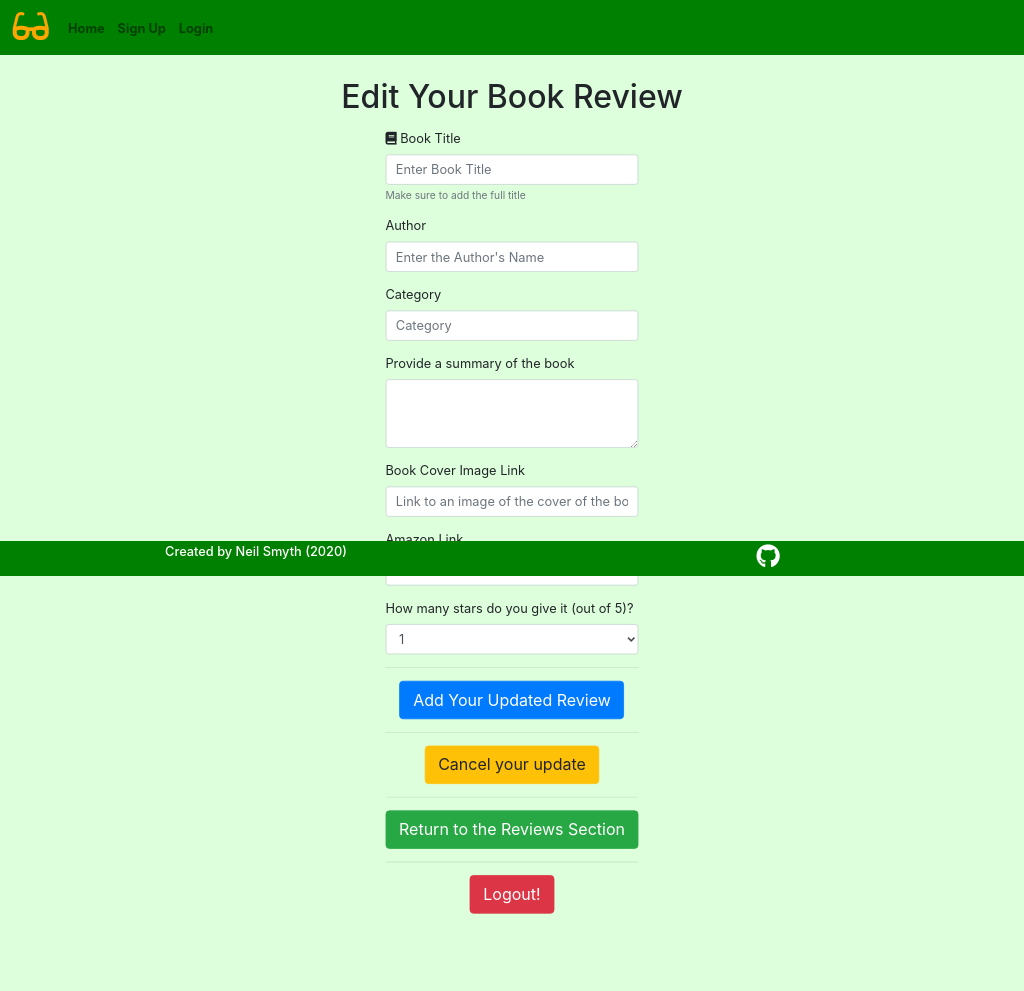
Repository: NeiloErnesto89/Data_Centric_Dev_Milestone_Project3
Page: templates/adapt_review.html
The author's editor kept a record of every edit. The page is drawn from the files as they stood at one moment, then again after the next edit.
The browser window is 1280 px wide. The pictures show the whole page, at 80% of full size.
Some web libraries are served in a nearby version. The template is drawn by Flask 3. The application's start-up code is not run. Other server files are loaded and not shown. The template is opened directly, without the code that normally fills it, so the values that code supplies are empty.

Above is the page before.

### templates/adapt_review.html
<!DOCTYPE html>
<html>

<head>
</head>

<body>
    {% extends 'base.html' %} {% block content %}
    <div class="container-fluid">
        <div class="row justify-content-center">

            <div class="col-md-12 text-center">
                <h1 class="add_header mt-3 mb-3">Edit Your Book Review</h1>
            </div>

            <form action="{{ url_for('edit_review', book_id=book._id) }}" method="POST">

                <div class="form-group">
                    <i class="fas fa-book"></i>
                    <label for="inputBookTitle">Book Title</label>
                    <input id="book_title" name="book_title" type="text" value="{{ book.book_title }}" class="form-control" aria-describedby="bookTitle" placeholder="Enter Book Title">
                    <small id="emailHelp" class="form-text text-muted">Make sure to add the full title </small>
                </div>

                <div class="form-group">
                    <label for="inputAuthor">Author</label>
                    <input id="book_author" name="book_author" value="{{ book.book_author }}" type="text" class="form-control" aria-describedby="bookTitle" placeholder="Enter the Author's Name">
                </div>

                <div class="form-group">
                    <label for="InputCategory">Category</label>
                    <input id="category_name" name="category_name" value="{{ book.category_name }}" type="text" class="form-control" placeholder="Category">
                </div>

                <div class="form-group">
                    <label for="Textarea">Provide a summary of the book</label>
                    <textarea id="summary" name="summary" class="form-control" rows="3">{{book.summary}}</textarea>
                </div>

                <div class="form-group">
                    <label for="pic">Book Cover Image Link</label>
                    <input id="pic" name="pic"  type="text" class="form-control" placeholder="Link to an image of the cover of the book">
                </div>

                <div class="form-group">
                    <label for="amazon">Amazon Link</label>
                    <input id="amazon" name="amazon" type="text" class="form-control" placeholder="Link to book on amazon">
                </div>

                <div class="form-group">
                    <label for="exampleFormControlSelect2">How many stars do you give it (out of 5)?</label>
                    <select  class="form-control" id="stars" value="{{ book.stars }}" name="stars">
                      <option>1</option>
                      <option>2</option>
                      <option>3</option>
                      <option>4</option>
                      <option>5</option>
                    </select>
                </div>


                <hr>


                <div class="text-center">
                    <button type="submit" class="btn btn-primary btn-lg">Add Your Updated Review</button>
                </div>

                <hr>
                <div class="text-center">
                    <a class="btn btn-warning btn-lg" href="{{ url_for('all_reviews') }}" role="button">Cancel your update </a>
                </div>
                <hr>
                <div class="text-center">
                    <a class="btn btn-success btn-lg" href="{{ url_for('all_reviews') }}" role="button">Return to the Reviews Section </a>
                </div>
                <hr>
                <div class="text-center">
                    <a class="btn btn-danger btn-lg mb-3" href="{{ url_for('logout') }}" role="button">Logout! </a>
                </div>

            </form>

        </div>
    </div>
    {% endblock %}
</body>

</html>

### templates/base.html
<!DOCTYPE html>
<html lang="en">

<head>
    <meta charset="UTF-8">
    <meta name="viewport" content="width=device-width, initial-scale=1.0">
    <meta http-equiv="X-UA-Compatible" content="ie=edge">

    <title>Book Reviews</title>

    <!-- Bootstrap -->
    <link rel="stylesheet" href="https://stackpath.bootstrapcdn.com/bootstrap/4.3.1/css/bootstrap.min.css" integrity="sha384-ggOyR0iXCbMQv3Xipma34MD+dH/1fQ784/j6cY/iJTQUOhcWr7x9JvoRxT2MZw1T" crossorigin="anonymous">

    <!-- Google Font-->

    <link href="https://fonts.googleapis.com/css?family=Montserrat:400,700" rel="stylesheet">

    <!-- Font Awesome-->

    <link rel="stylesheet" href="https://use.fontawesome.com/releases/v5.7.2/css/all.css" integrity="sha384-fnmOCqbTlWIlj8LyTjo7mOUStjsKC4pOpQbqyi7RrhN7udi9RwhKkMHpvLbHG9Sr" crossorigin="anonymous">

    <link rel="stylesheet" href="https://cdnjs.cloudflare.com/ajax/libs/font-awesome/4.7.0/css/font-awesome.min.css">

    <!-- CSS -->

    <link rel="stylesheet" href="{{url_for('static', filename='css/style.css')}}" type="text/css" />


</head>

<body>

<div class="cover-container d-flex mx-auto flex-column">

            <!--NavBar with Burger Icon-->
        {% block navbar %}
        <header class="nav-container">
            <nav class="navbar navbar-expand-lg navbar-light mb-1 text-center fixed-top">
                <a class="navbar-brand" href="{{ url_for('index') }}" data-target="#modalPopUp" data-toggle="modal"><i class="fas fa-glasses" style="font-size:40px;color:orange;"></i></a>
                <button class="navbar-toggler" type="button" data-toggle="collapse" data-target="#navbarTogglerDemo02" aria-controls="navbarTogglerDemo02" aria-expanded="false" aria-label="Toggle navigation">
                                <span class="navbar-toggler-icon"></span>
                              </button>
                <div class="collapse navbar-collapse" id="navbarTogglerDemo02">
                    <ul class="navbar-nav mr-auto mt-0 mt-lg-0">


                        <li class="nav-item">
                            <a class="nav-link" href="{{ url_for('index') }}"><b>Home</b></a>
                        </li>
                        <li class="nav-item">
                            <a class="nav-link" href="{{ url_for('signup') }}"><b>Sign Up</b></a>
                        </li>
                        <li class="nav-item">
                            <a class="nav-link" href="{{ url_for('login') }}"><b>Login</b></a>
                        </li>

                    </ul>
                </div>
            </nav>
        </header>
        {% endblock navbar %}

        <div class="container-fluid">
				<div class="row justify-content-around">
					<div id="messages">
						{% with messages = get_flashed_messages() %}
						{% if messages %}
						{% for message in messages %}
						<p class="text-center">{{ message }}</p>
						{% endfor %}
						{% endif %}
						{% endwith %}
					</div>
				</div>
			</div>

        <hr>

    <div class="container mt-5 mb-5">
            {% block content %}
            {% endblock %}
    </div>

    <hr>

        <!--FOOTER -->

        <div class="footer container-fluid">
            <div class="row justify-content-center">
                <div class="text-center col-xs-12 col-sm-6 mt-1 mb-2">

                    <h6>Created by Neil Smyth (2020)</h6>

                </div>
                <div class="text-center col-xs-12 col-sm-6 mt-1 mb-2">

                    <a href="https://github.com/NeiloErnesto89" target="_blank "><i class="fab fa-github" style="font-size:30px; color:white; "></i></a>

                </div>
            </div>
        </div> <!-- footer container-->

</div>    <!--Cover Container -->

    <!-- JQuery -->
    <script src="https://cdnjs.cloudflare.com/ajax/libs/jquery/3.2.1/jquery.min.js"></script>

    <!-- Bootstrap JS-->

    <script src="https://code.jquery.com/jquery-3.3.1.slim.min.js" integrity="sha384-q8i/X+965DzO0rT7abK41JStQIAqVgRVzpbzo5smXKp4YfRvH+8abtTE1Pi6jizo" crossorigin="anonymous"></script>
    <script src="https://cdnjs.cloudflare.com/ajax/libs/popper.js/1.14.7/umd/popper.min.js" integrity="sha384-UO2eT0CpHqdSJQ6hJty5KVphtPhzWj9WO1clHTMGa3JDZwrnQq4sF86dIHNDz0W1" crossorigin="anonymous"></script>
    <script src="https://stackpath.bootstrapcdn.com/bootstrap/4.3.1/js/bootstrap.min.js" integrity="sha384-JjSmVgyd0p3pXB1rRibZUAYoIIy6OrQ6VrjIEaFf/nJGzIxFDsf4x0xIM+B07jRM" crossorigin="anonymous"></script>

    <!-- JS File -->

    <script src="{{url_for('static', filename='js/script.js')}}"></script>


    <!--  <script type="text/javascript">
        $(document).ready(function() {
            $('.collapsible').collapsible();
        });
    </script>  -->
</body>

</html>

### static/css/style.css
body {
  background-color: #DEFFDC;
  display: flex;
  /* margin: 0; */
}

.cover-container1 {

  background: url("../images/libs.jpg") no-repeat center center fixed;


}

/*.cover-container {
  min-height: 100vh;
  padding-top: 70px;
  background-size: cover;
  align-items: center;
  justify-content: center;
  position: relative;
  overflow-x: hidden;
*/

/*.nav-container {
    position: fixed;
    width: 100%;
    z-index: 1;
    top: 0;
    left: 0;
    padding-left: 0;
    padding-right: 0;
    margin-left: 0;
    margin-right: 0;
  } */

.navbar {
  background-color: green;
}

.jumbotron {
  background-color: #ffa31a;
  margin-right: 3rem;
  margin-left: 3rem;
}

/* Paginate Button on All Reviews.html (taken from w3 schools*/

.paginate {
  display: inline-block;
}

.paginate a {
  color: black;
  float: left;
  padding: 8px 16px;
  text-decoration: none;
  margin: 15px;
}

.paginate a.active {
  background-color: #4CAF50;
  color: white;
  border-radius: 5px;
}

.paginate a:hover:not(.active) {
  background-color: #ddd;
  border-radius: 5px;
}

/* all_reviews.html - book review cards*/

.card {
  margin: 5px;
  box-shadow: 0 4px 8px 0 rgba(0, 0, 0, 0.2)
  /*border: 8px solid rgb(5, 187, 5);
  border-radius: 3rem; */
}

/* Card Image */

.book_image {
  background-color: white;
  box-shadow: 0 4px 8px 0 rgba(0, 0, 0, 0.2), 0 6px 20px 0 rgba(0, 0, 0, 0.19);
  max-width: 100%;
  height: auto;

}

/*
  .card-img-top {
    width: 100%;
    height: 15vw;
    object-fit: cover;
}
  */

/* MODAL */

.modal {
  color: black;
  background-color: rgb(204, 255, 204, 0.8);
}

.modal-header {

  background-color: rgb(204, 255, 204);
  opacity: 0.8;

}

.modal-title {
  font-size: 34px;
  font-weight: bold;
  text-align: center;
  /*margin-left: 45px; */
  padding: 5px;
  /*text-decoration: underline;*/
}


.modal-body {
  font-size: 15px;
  font-weight: bold;
  color: white;
  background-color: rgb(0, 153, 51);
  opacity: 0.8;
  text-align: center;
}

.modal-footer {
  background-color: rgb(204, 255, 204);
  opacity: 0.8;
}

.modal-header .close {
  margin: -10px;
}

/*

#logout_button {
  color: #3d7a59;
  font-weight: 700;
  font-size: 17px;
  margin: 5px;
  padding: 5px;
  position: fixed;
  bottom: 7px;
  right: 2px;
  z-index: 1;
  opacity: 0.9;
} */

.footer {
  position: fixed;
  left: 0;
  bottom: 0;
  width: 100%;
  background-color: green;
  color: white;
  text-align: center;
}

### static/js/script.js
/*$(document).ready(function() {

    $('#popUpModal').modal('show');
}); */

$(function () {
  $('[data-toggle="tooltip"]').tooltip()
})

After the next edit:
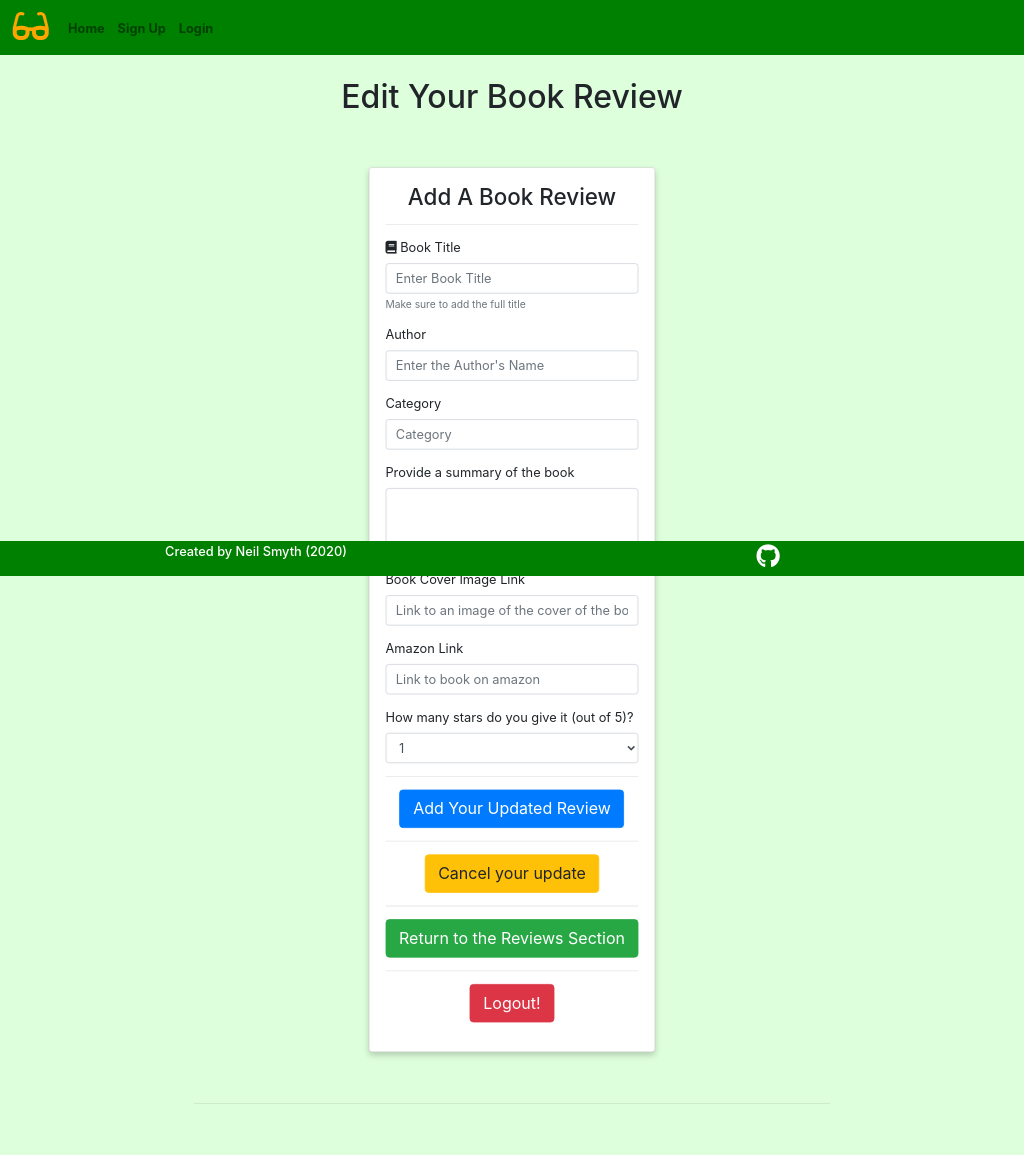
The edit:
--- a/templates/adapt_review.html
+++ b/templates/adapt_review.html
@@ -12,6 +12,11 @@
             <div class="col-md-12 text-center">
                 <h1 class="add_header mt-3 mb-3">Edit Your Book Review</h1>
             </div>
+
+            <div class="card card-signin my-5">
+            <div class="card-body">
+                <h3 class="card-title text-center">Add A Book Review</h3>
+                <hr>
 
             <form action="{{ url_for('edit_review', book_id=book._id) }}" method="POST">
 
